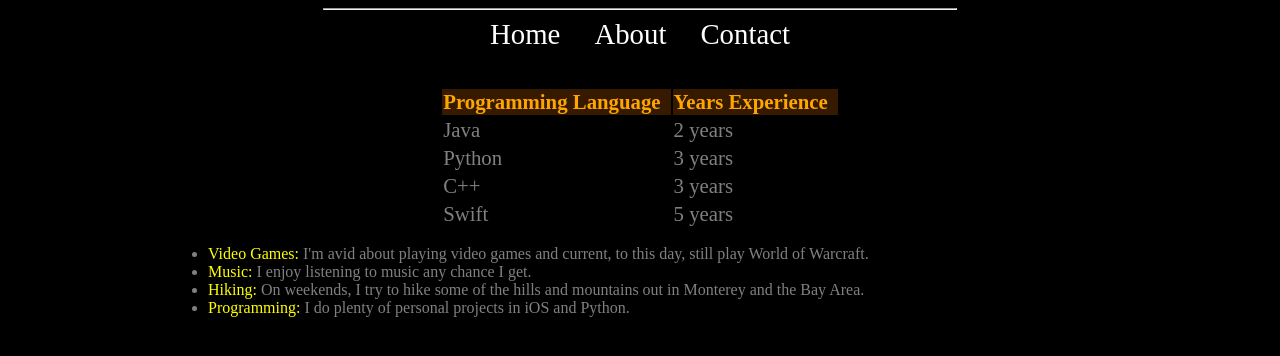
Repository: Sovereign5/cst336
Page: hbs/public/personal_portfolio/about.html
The author's editor kept a record of every edit. The page is drawn from the files as they stood at one moment, then again after the next edit.
The browser window is 1280 px wide. The pictures show the whole page.

Above is the page before.

### hbs/public/personal_portfolio/about.html
<!DOCTYPE html>
<html>
<!--

First Website
and comment
in html
(comments can span multiple lines)

-->

<!-- This is the head -->
<!-- All styles and javascript go inside the head -->
    <head>
        <meta charset="utf-8" />
        <title>Christopher Garica: Personal Website</title>
        <link href="css/styles.css" rel="stylesheet" type="text/css" />
    </head>
<!-- closing head -->
    <nav>
        <hr width="50%" />
        <a href="index.html">Home</a>
        <a id="selected" href="about.html">About</a>
        <a href="contact.html">Contact</a>
    </nav>
    <br /><br />
    <!-- This is the body -->
    <!-- This is where we place the content of our website -->

    <div id="content">
        <table>
            <tr id="table-header">
                <td><strong>Programming Language</strong></td>
                <td><strong>Years Experience</strong></td>
            </tr>
            <tr class="table-row">
                <td>Java</td>
                <td>2 years</td>
            </tr>
            <tr class="table-row">
                <td>Python</td>
                <td>3 years</td>
            </tr>
            <tr class="table-row">
                <td>C++</td>
                <td>3 years</td>
            </tr>
            <tr class="table-row">
                <td>Swift</td>
                <td>5 years</td>
            </tr>
        </table>

        <ul>
            <li><span class="hobby">Video Games:</span> I'm avid about playing video games and current, to this day, still play World of Warcraft.</li>
            <li><span class="hobby">Music:</span> I enjoy listening to music any chance I get.</li>
            <li><span class="hobby">Hiking:</span> On weekends, I try to hike some of the hills and mountains out in Monterey and the Bay Area.</li>
            <li><span class="hobby">Programming:</span> I do plenty of personal projects in iOS and Python.</li>
        </ul>
    </div>
</html>

### hbs/public/personal_portfolio/css/styles.css
body {
    background-color: black;
    color: gray;
}

header, main, nav, footer {
    text-align: center;
}

nav a {
    padding:15px;
    padding-bottom: 4px;
    font-size: 1.8em;
    text-decoration: none; /*removes underline*/
    color: white; /*removes default blue text*/
}

#selected {
    font-family: cursive;
}

nav a:hover {
    border-bottom: 2px orange solid;
    font-size: 2em;
    transition: .9s;
}

#me, #welcomeText {
    float: left;
}

footer {
    clear: left;
    font-size: 0.9em;
    color: orange;
}

#CSUMBImage {
    float: right;
    padding-right: 50px
}

table {
    margin: 0px auto;
}

td {
    padding-right: 10px;
    font-size: 1.3em;
}

td strong {
    color: orange;
}

#table-header {
    background-color: #351a00;
}

.table-row {
    background-color: #75300;
}

ul {
    text-align: left;
    padding-left: 200px;
}

.hobby {
    color: yellow;
}

After the next edit:
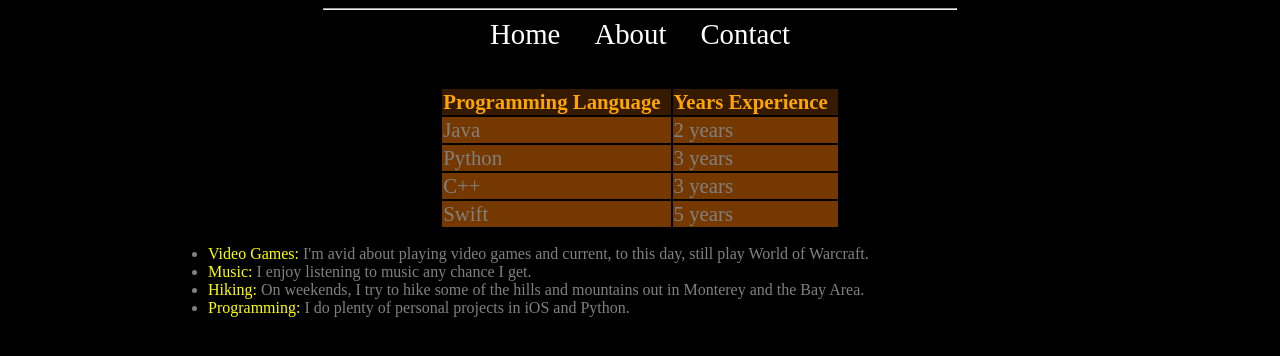
The edit:
--- a/hbs/public/personal_portfolio/css/styles.css
+++ b/hbs/public/personal_portfolio/css/styles.css
@@ -58,7 +58,7 @@
 }
 
 .table-row {
-    background-color: #75300;
+    background-color: #753900;
 }
 
 ul {
